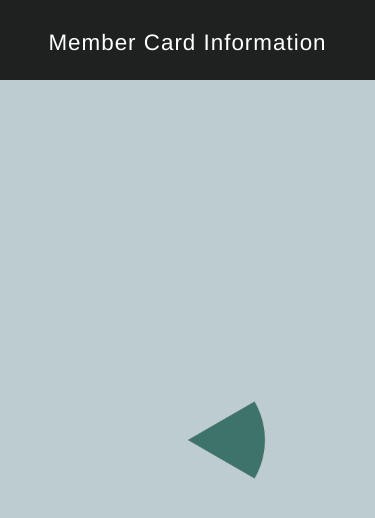
Repository: Leooook/lzhao-fed-test
Page: /
An editor plug-in stored every save of this project. The page is shown before and after the next save, followed by the edit.
The browser window is 375 px wide. The pictures show the whole page.
The page's requests for data from a server got no answer. The project was rebuilt for these pictures with package versions that can differ from the ones it lists, and the page was loaded fresh each time. No one was signed in, and anything a server would have sent is missing. Also part of the build but not shown: src/components/detail.js.

Above is the page before, as saved 2021-03-16 11:33:06.

### src/index.html
<!DOCTYPE html>
<html lang="en">
	<head>
		<meta charset="utf-8" />
		<meta http-equiv="X-UA-Compatible" content="IE=edge,chrome=1" />
		<title>Member Card Info</title>
		<meta name="description" content="" />
		<meta name="viewport" content="width=device-width, initial-scale=1.0, maximum-scale=1.0, user-scalable=no" />
	</head>
	<body>
		<div id="root" class="react-root"></div>
	</body>
</html>

### src/App.js
/* eslint-disable prettier/prettier */
import React, { Component } from 'react'
import { BsCaretDownFill } from 'react-icons/bs'

import './App.css'
import Header from './components/header'
import Feature from './components/feature'

class App extends Component {
	constructor(props) {
		super(props)
		this.state = {
			featureAmount: [ 1 ],
			iconsDisplay: false
		}
	}

	// Triger for adding more features
	setFeature = () => {
		const { featureAmount } = this.state
		this.setState({ featureAmount: [ ...featureAmount, featureAmount[featureAmount.length - 1] + 1 ] })
	}

	// Triger for show & hide 'add more' button
	setIcons = () => {
		const { iconsDisplay } = this.state
		this.setState({ iconsDisplay: !iconsDisplay })
	}

	render() {
		const { featureAmount, iconsDisplay } = this.state

		return (
			<div className="app">
				<Header />
				{featureAmount.map((key) => (
					<Feature
						key={key}
						newOne={key === featureAmount.length}
						setIcons={this.setIcons}
						iconsDisplay={iconsDisplay}
					/>
				))}
				{iconsDisplay ? (
					<BsCaretDownFill
						className="add-feature"
						onClick={() => {
							this.setIcons()
							this.setFeature()
						}}
					/>
				) : null}
			</div>
		)
	}
}

export default App

### src/App.css
* {
	margin: 0;
	padding: 0;
	box-sizing: border-box;
}
:root {
	--nav-black: rgba(14, 14, 14, 0.897);
	--white: #ffffff;
	--light-blue: rgb(189, 204, 208);
	--grey: rgb(145, 145, 145);
	--light-grey: rgb(209, 209, 209);
}
/* app */
.app {
	max-width: 100vw;
	min-height: 100vh;
	background-color: var(--light-blue);
}
.add-feature {
	position: relative;
	color: rgba(65, 65, 65, 0.418);
	width: 60px;
	height: 60px;
	margin: 30px auto 0 auto;
	display: block;
	cursor: pointer;
	animation: upAndDown 3s ease-in-out infinite;
}
.add-feature:active {
	transform: scale(1.1);
	transition: all 1s ease;
}
@keyframes upAndDown {
	0% {
		bottom: 0;
	}
	50% {
		bottom: 10px;
	}
	100% {
		bottom: 0;
	}
}
/* end of app */
/* header */
.header {
	background-color: var(--nav-black);
	height: 80px;
	padding: 20px;
	margin-bottom: 80px;
	font-size: 2rem;
	font-family: 'Franklin Gothic Medium', 'Arial Narrow', Arial, sans-serif;
	text-align: center;
	color: var(--white);
	letter-spacing: 1px;
}
@media screen and (max-width: 500px) {
	.header {
		margin-bottom: 30px;
		padding: 30px;
		font-size: 1.4rem;
	}
}
/* end of header */
/* loader */
.load {
	width: 100%;
}
.loadPic {
	height: 20vh;
	width: 20vh;
	display: block;
	margin: 35vh auto 0 auto;
}
/* end of loader */
/* feature */
.feature {
	margin-top: -65px;
	padding: 60px 8%;
	display: grid;
	grid-template-columns: repeat(auto-fill, minmax(450px, 1fr));
	grid-row-gap: 50px;
	grid-column-gap: 80px;
}
@media screen and (max-width: 500px) {
	.feature {
		padding: 30px 20px;
		display: initial;
	}
}
/* end of feature */
/* detail */
.detail {
	margin: auto;
	padding: 10px 20px;
	width: 450px;
	height: 240px;
	background: hsla(0, 0%, 100%, .3);
	border-radius: 6px;
	box-shadow: 0 6px 20px 6px rgba(0, 0, 0, 0.207);
	display: flex;
	align-items: center;
	cursor: pointer;
	transition: all linear 0.2s;
}
.detail:hover {
	transform: scale(1.05);
	box-shadow: 0 10px 30px 10px rgba(0, 0, 0, 0.207);
}
.left-section {
	width: calc(40% - 20px);
	margin-right: 10%;
}
.right-section {
	width: clac(50% - 20px);
}
.detail-pic {
	margin: 0 auto;
	height: 140px;
	width: 140px;
	border-radius: 50%;
	box-shadow: 0 0 10px 8px var(--light-grey);
}
.detail-info {
	margin-bottom: 10px;
}
.detail-name {
	font-family: 'Playfair Display', serif;
	font-weight: bold;
	font-size: 1.3rem;
}
.detail-name2 {
	font-weight: 100;
	font-size: 0.9rem;
	color: rgb(82, 82, 82);
	font-style: oblique;
}
.detail-sex-date {
	display: flex;
}
.detail-date {
	margin-right: 13px;
}
.detail-font {
	font-family: 'Source Sans Pro', sans-serif;
	font-size: 0.8rem;
}
@media screen and (max-width: 500px) {
	.detail {
		margin-bottom: 30px;
		width: 90vw;
		height: 50vw;
	}
	.detail-pic {
		height: 100px;
		width: 100px;
	}
	.detail-info {
		margin-bottom: 6px;
	}
	.detail-name {
		font-size: 1rem;
	}
	.detail-name2 {
		font-size: 0.8rem;
	}
	.detail-date {
		margin-right: 8px;
	}
	.detail-font {
		font-size: 0.75rem;
	}
}
/* end of detail */

### src/components/header.js
import React from 'react';

function Header() {
	return <section className="header">Member Card Information</section>;
}

export default Header;

### src/components/feature.js
import React, { Component } from 'react';
import PropTypes from 'prop-types';

import Loader from './loader';
import Detail from './detail';

class Feature extends Component {
	constructor(props) {
		super(props);
		this.state = {
			dataSet: [],
			dataAmount: 6
		};
	}

	componentDidMount() {
		// Fetch 6 datas each time
		const { dataAmount } = this.state;
		for (let i = 0; i < dataAmount; i += 1) {
			this.fetchData();
		}
	}

	// fetch data from url
	fetchData = () => {
		fetch('https://randomuser.me/api/', {
			method: 'GET',
			mode: 'cors',
			header: new Headers({
				'Access-Control-Allow-Origin': '*'
			})
		})
			.then(response => response.json())
			.then(data => {
				const { dataSet } = this.state;
				dataSet.push(data.results[0]);
				this.setState({ dataSet });

				// after fetched data, show 'add more button'
				const { newOne, iconsDisplay, setIcons } = this.props;
				if (dataSet.length !== 0 && dataSet.length % 6 === 0 && newOne && iconsDisplay === false) {
					setIcons();
				}
			});
	};

	render() {
		const { dataSet } = this.state;
		if (dataSet.length === 0 || dataSet.length % 6 !== 0) {
			return <Loader />;
		}
		return (
			<section className="feature">
				{dataSet.map((each, key) => {
					const id = (dataSet.length % 6) + key;
					return <Detail key={id} data={each} />;
				})}
			</section>
		);
	}
}

Feature.propTypes = {
	newOne: PropTypes.bool.isRequired,
	iconsDisplay: PropTypes.bool.isRequired,
	setIcons: PropTypes.func.isRequired
};

export default Feature;

### src/components/loader.js
import React from 'react';

import loadPic from '../images/load.gif';

function Loader() {
	return (
		<section className="load">
			<img src={loadPic} className="loadPic" alt="load" />
		</section>
	);
}

export default Loader;

Loaded but not shown: src/index.js (common file)

After the next save:
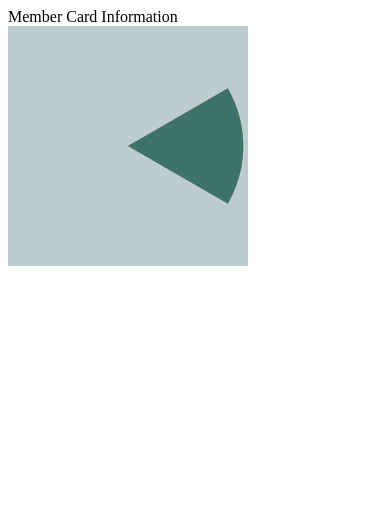
Saved 8 s later.
--- a/src/App.css
+++ b/src/App.css
@@ -1,126 +1,4 @@
-* {
-	margin: 0;
-	padding: 0;
-	box-sizing: border-box;
-}
-:root {
-	--nav-black: rgba(14, 14, 14, 0.897);
-	--white: #ffffff;
-	--light-blue: rgb(189, 204, 208);
-	--grey: rgb(145, 145, 145);
-	--light-grey: rgb(209, 209, 209);
-}
-/* app */
-.app {
-	max-width: 100vw;
-	min-height: 100vh;
-	background-color: var(--light-blue);
-}
-.add-feature {
-	position: relative;
-	color: rgba(65, 65, 65, 0.418);
-	width: 60px;
-	height: 60px;
-	margin: 30px auto 0 auto;
-	display: block;
-	cursor: pointer;
-	animation: upAndDown 3s ease-in-out infinite;
-}
-.add-feature:active {
-	transform: scale(1.1);
-	transition: all 1s ease;
-}
-@keyframes upAndDown {
-	0% {
-		bottom: 0;
-	}
-	50% {
-		bottom: 10px;
-	}
-	100% {
-		bottom: 0;
-	}
-}
-/* end of app */
-/* header */
-.header {
-	background-color: var(--nav-black);
-	height: 80px;
-	padding: 20px;
-	margin-bottom: 80px;
-	font-size: 2rem;
-	font-family: 'Franklin Gothic Medium', 'Arial Narrow', Arial, sans-serif;
-	text-align: center;
-	color: var(--white);
-	letter-spacing: 1px;
-}
-@media screen and (max-width: 500px) {
-	.header {
-		margin-bottom: 30px;
-		padding: 30px;
-		font-size: 1.4rem;
-	}
-}
-/* end of header */
-/* loader */
-.load {
-	width: 100%;
-}
-.loadPic {
-	height: 20vh;
-	width: 20vh;
-	display: block;
-	margin: 35vh auto 0 auto;
-}
-/* end of loader */
-/* feature */
-.feature {
-	margin-top: -65px;
-	padding: 60px 8%;
-	display: grid;
-	grid-template-columns: repeat(auto-fill, minmax(450px, 1fr));
-	grid-row-gap: 50px;
-	grid-column-gap: 80px;
-}
-@media screen and (max-width: 500px) {
-	.feature {
-		padding: 30px 20px;
-		display: initial;
-	}
-}
-/* end of feature */
-/* detail */
-.detail {
-	margin: auto;
-	padding: 10px 20px;
-	width: 450px;
-	height: 240px;
-	background: hsla(0, 0%, 100%, .3);
-	border-radius: 6px;
-	box-shadow: 0 6px 20px 6px rgba(0, 0, 0, 0.207);
-	display: flex;
-	align-items: center;
-	cursor: pointer;
-	transition: all linear 0.2s;
-}
-.detail:hover {
-	transform: scale(1.05);
-	box-shadow: 0 10px 30px 10px rgba(0, 0, 0, 0.207);
-}
-.left-section {
-	width: calc(40% - 20px);
-	margin-right: 10%;
-}
-.right-section {
-	width: clac(50% - 20px);
-}
-.detail-pic {
-	margin: 0 auto;
-	height: 140px;
-	width: 140px;
-	border-radius: 50%;
-	box-shadow: 0 0 10px 8px var(--light-grey);
-}
+
 .detail-info {
 	margin-bottom: 10px;
 }

After the save that followed:
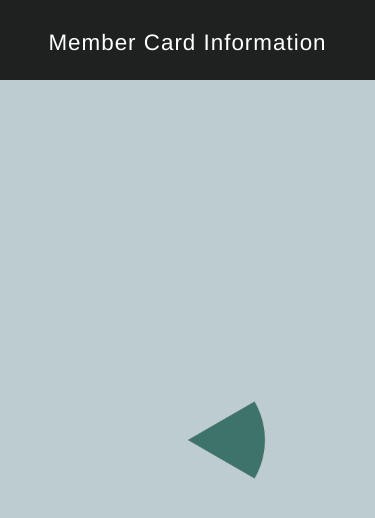
Saved 8 s later.
--- a/src/App.css
+++ b/src/App.css
@@ -1,4 +1,126 @@
-
+* {
+	margin: 0;
+	padding: 0;
+	box-sizing: border-box;
+}
+:root {
+	--nav-black: rgba(14, 14, 14, 0.897);
+	--white: #ffffff;
+	--light-blue: rgb(189, 204, 208);
+	--grey: rgb(145, 145, 145);
+	--light-grey: rgb(209, 209, 209);
+}
+/* app */
+.app {
+	max-width: 100vw;
+	min-height: 100vh;
+	background-color: var(--light-blue);
+}
+.add-feature {
+	position: relative;
+	color: rgba(65, 65, 65, 0.418);
+	width: 60px;
+	height: 60px;
+	margin: 30px auto 0 auto;
+	display: block;
+	cursor: pointer;
+	animation: upAndDown 3s ease-in-out infinite;
+}
+.add-feature:active {
+	transform: scale(1.1);
+	transition: all 1s ease;
+}
+@keyframes upAndDown {
+	0% {
+		bottom: 0;
+	}
+	50% {
+		bottom: 10px;
+	}
+	100% {
+		bottom: 0;
+	}
+}
+/* end of app */
+/* header */
+.header {
+	background-color: var(--nav-black);
+	height: 80px;
+	padding: 20px;
+	margin-bottom: 80px;
+	font-size: 2rem;
+	font-family: 'Franklin Gothic Medium', 'Arial Narrow', Arial, sans-serif;
+	text-align: center;
+	color: var(--white);
+	letter-spacing: 1px;
+}
+@media screen and (max-width: 500px) {
+	.header {
+		margin-bottom: 30px;
+		padding: 30px;
+		font-size: 1.4rem;
+	}
+}
+/* end of header */
+/* loader */
+.load {
+	width: 100%;
+}
+.loadPic {
+	height: 20vh;
+	width: 20vh;
+	display: block;
+	margin: 35vh auto 0 auto;
+}
+/* end of loader */
+/* feature */
+.feature {
+	margin-top: -65px;
+	padding: 60px 8%;
+	display: grid;
+	grid-template-columns: repeat(auto-fill, minmax(450px, 1fr));
+	grid-row-gap: 50px;
+	grid-column-gap: 80px;
+}
+@media screen and (max-width: 500px) {
+	.feature {
+		padding: 30px 20px;
+		display: initial;
+	}
+}
+/* end of feature */
+/* detail */
+.detail {
+	margin: auto;
+	padding: 10px 20px;
+	width: 450px;
+	height: 240px;
+	background: hsla(0, 0%, 100%, .3);
+	border-radius: 6px;
+	box-shadow: 0 6px 20px 6px rgba(0, 0, 0, 0.207);
+	display: flex;
+	align-items: center;
+	cursor: pointer;
+	transition: all linear 0.2s;
+}
+.detail:hover {
+	transform: scale(1.05);
+	box-shadow: 0 10px 30px 10px rgba(0, 0, 0, 0.207);
+}
+.left-section {
+	width: calc(40% - 20px);
+	margin-right: 10%;
+}
+.right-section {
+	width: clac(50% - 20px);
+}
+.detail-pic {
+	margin: 0 auto;
+	height: 140px;
+	width: 140px;
+	border-radius: 50%;
+	box-shadow: 0 0 10px 8px var(--light-grey);
+}
 .detail-info {
 	margin-bottom: 10px;
 }
